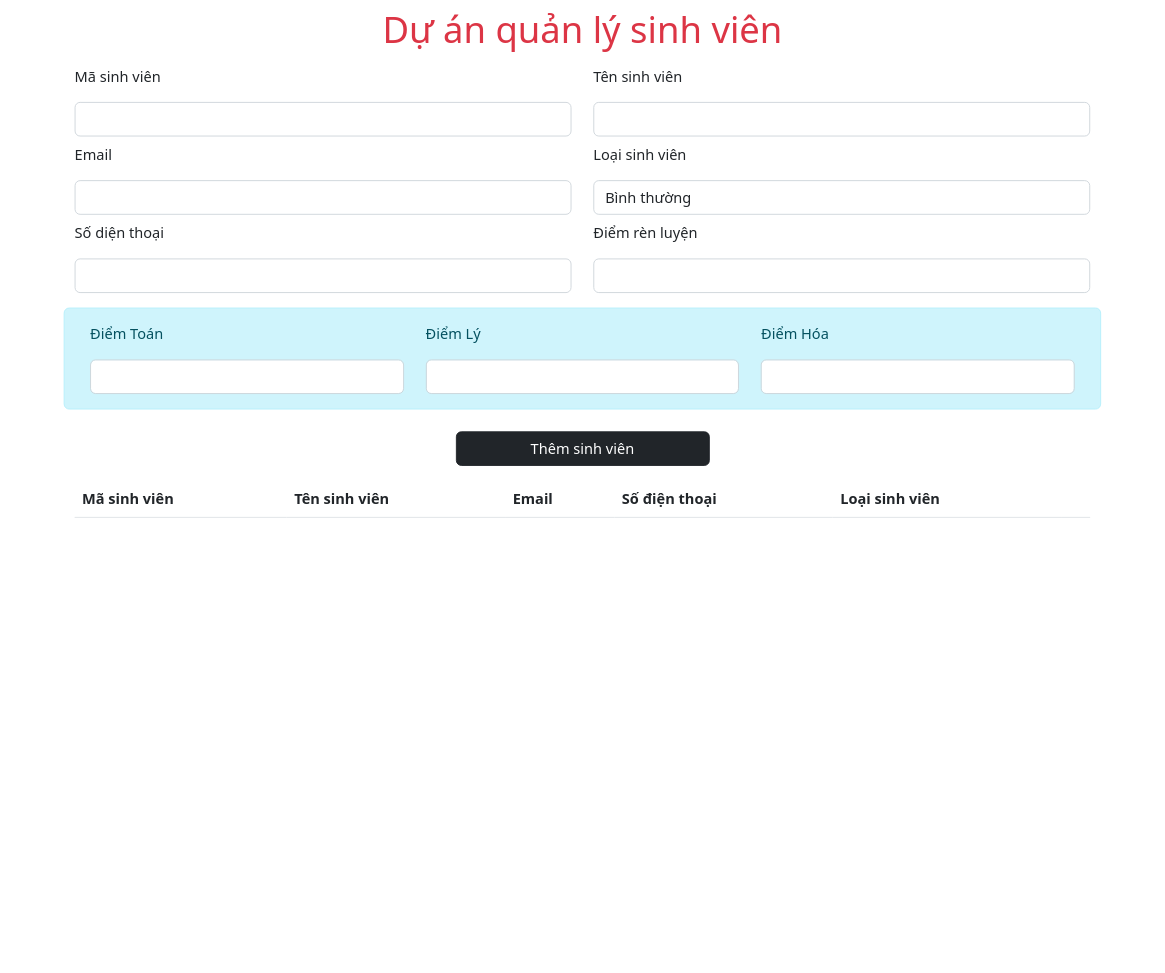
Repository: hcozyph/Cybersoft_JS_OOP
Page: index.html
These files come from the project's save history. The page is drawn as it stood at one moment and after the next save; the edit follows.
The browser window is 1280 px wide. The pictures show the whole page, at 91% of full size.

Above is the page before, as saved 2023-02-26 09:33:55.

After the next save:
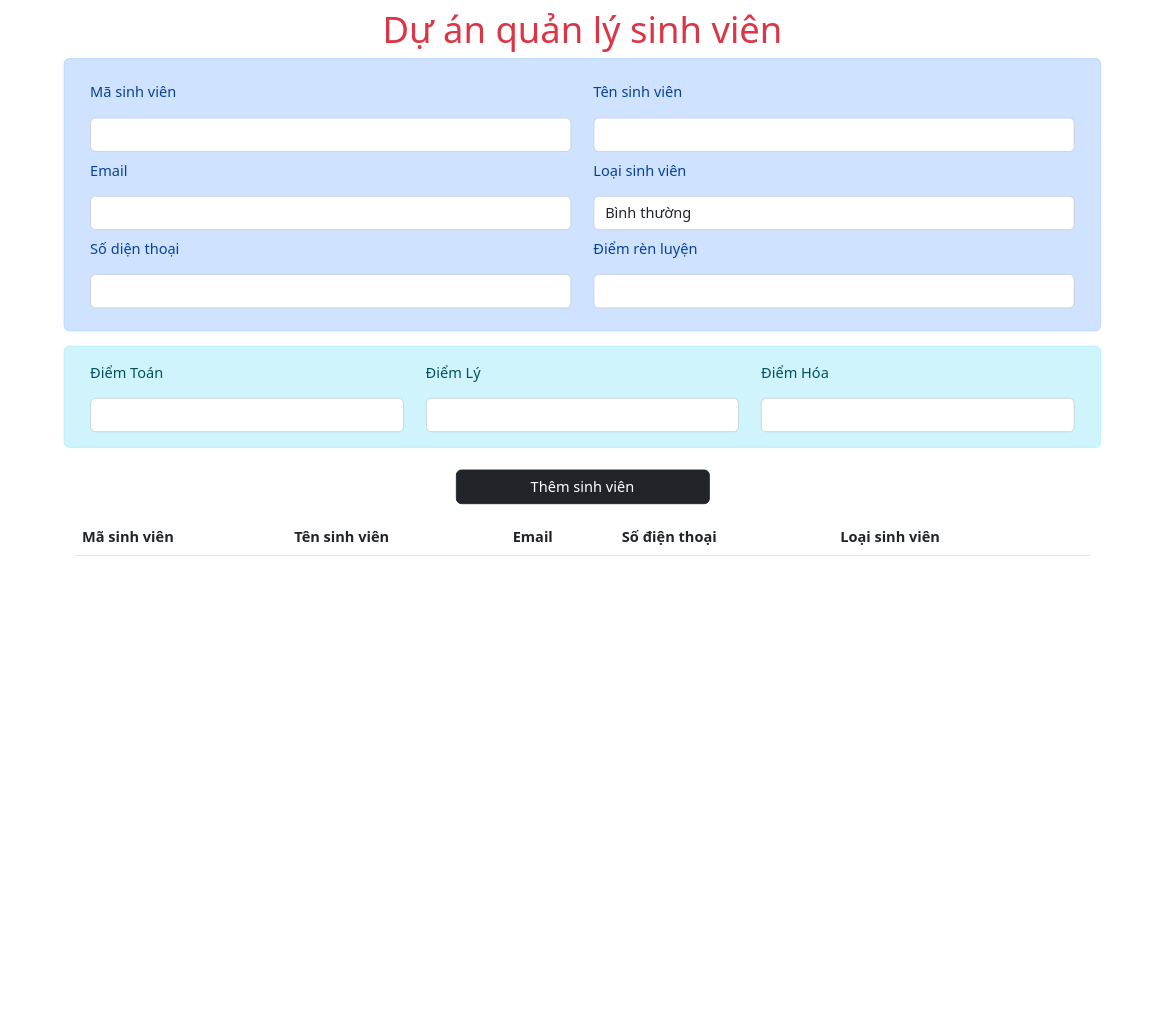
Saved 27 s later.
--- a/index.html
+++ b/index.html
@@ -30,7 +30,7 @@
             </div>
 
             <div class="content">
-                <div class="row">
+                <div class="row alert alert-primary">
                     <div class="col-md-6 col-lg-6">
                         <div class="form-group my-2">
                             <p>Mã sinh viên</p>
